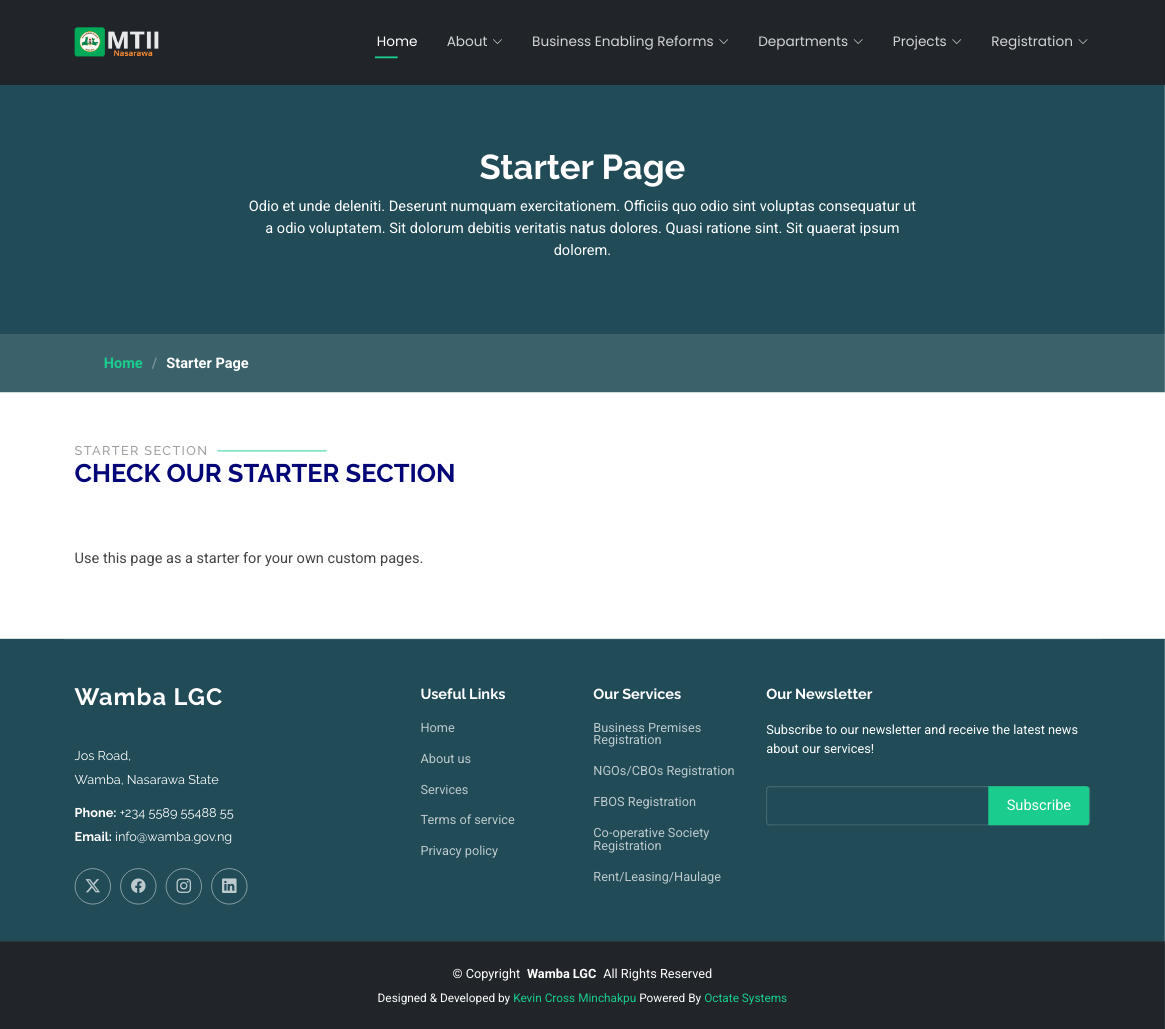
Repository: GlorifiedIntel/wamba-lgc
Page: template.html
These files come from the project's save history. The page is drawn as it stood at one moment and after the next save; the edit follows.
The browser window is 1280 px wide. The pictures show the whole page, at 91% of full size.

Above is the page before, as saved 2025-02-06 02:17:28.
Console error: TypeError: Cannot read properties of null (reading 'click')

### template.html
<!DOCTYPE html>
<html lang="en">

<head>
  <meta charset="utf-8">
  <meta http-equiv="X-UA-Compatible" content="IE=edge">
  <meta name="viewport" content="width=device-width, initial-scale=1.0">
  <meta name="format-detection" content="telephone=no">
  <meta name="apple-mobile-web-app-capable" content="yes">
  <meta name="author" content="Kevin Cross Minchakpu">
  <meta name="keywords" content="MTII, Nasarawa, Industry, Trade, Investment, Entrepreneur">
  <meta name="description" content="The Nasarawa State Ministry of Trade, Industry, and Investment promotes economic growth through trade, industrialization, and investment. It supports local industries, attracts investments, and fosters innovation to boost competitiveness and diversify the economy.">

  <!-- Favicons -->
  <link href="assets/img/favicon.png" rel="icon">
  <link href="assets/img/apple-touch-icon.png" rel="apple-touch-icon">

  <!-- Fonts -->
  <link href="https://fonts.googleapis.com" rel="preconnect">
  <link href="https://fonts.gstatic.com" rel="preconnect" crossorigin>
  <link href="https://fonts.googleapis.com/css2?family=Roboto:ital,wght@0,100;0,300;0,400;0,500;0,700;0,900;1,100;1,300;1,400;1,500;1,700;1,900&family=Poppins:ital,wght@0,100;0,200;0,300;0,400;0,500;0,600;0,700;0,800;0,900;1,100;1,200;1,300;1,400;1,500;1,600;1,700;1,800;1,900&family=Raleway:ital,wght@0,100;0,200;0,300;0,400;0,500;0,600;0,700;0,800;0,900;1,100;1,200;1,300;1,400;1,500;1,600;1,700;1,800;1,900&display=swap" rel="stylesheet">

  <!-- Vendor CSS Files -->
  <link href="assets/vendor/bootstrap/css/bootstrap.min.css" rel="stylesheet">
  <link href="assets/vendor/bootstrap-icons/bootstrap-icons.css" rel="stylesheet">
  <link href="assets/vendor/aos/aos.css" rel="stylesheet">
  <link href="assets/vendor/glightbox/css/glightbox.min.css" rel="stylesheet">
  <link href="assets/vendor/swiper/swiper-bundle.min.css" rel="stylesheet">

  <!-- Main CSS File -->
  <link href="assets/css/main.css" rel="stylesheet">
</head>

<body class="index-page">
  <header id="header" class="header d-flex align-items-center fixed-top bg-dark">
    <div class="container-fluid container-xl position-relative d-flex align-items-center justify-content-between">
      <a href="index.html" class="logo d-flex align-items-center">
        <img src="assets/img/logo.png" alt="" >
      </a>
      <nav id="navmenu" class="navmenu">
        <ul>
          <li><a href="index.html" class="active">Home</a></li>
          <li class="dropdown"><a href="about-mtii.html"><span>About</span> <i class="bi bi-chevron-down toggle-dropdown"></i></a>
            <ul>
              <li><a href="about-mtii.html">Nasarawa MTII</a></li>
                  <li><a href="mtii-history.html">MTII History</a></li>
                  <li><a href="the-commissioner.html" >The Commissioner</a></li>
                  <li><a href="the-secretary.html" >The Permanent Secretary</a></li>
                  <li><a href="directors.html" >Our Directors</a></li>
                  <li><a href="contact-us.html" >Our Contact</a></li>
            </ul>
          </li>

          <li class="dropdown"><a href="business-reforms.html"><span>Business Enabling Reforms</span> <i class="bi bi-chevron-down toggle-dropdown"></i></a>
            <ul>
              <li><a href="business-plans.html">Business Enabling Action Plan</a></li>
                  <li><a href="grievance.html">Grievance Redress Mechanism</a></li>
                  <li><a href="application-guidelines.html" >Application Guidelines</a></li>
                  <li><a href="legal-framework.html" >Legal Framework</a></li>
                  <li><a href="investment-opportunities.html" >Investment Opportunities</a></li>
            </ul>
          </li>

          <li class="dropdown"><a href="departments.html"><span>Departments</span> <i class="bi bi-chevron-down toggle-dropdown"></i></a>
            <ul>
              <li><a href="admin.html">Administration & Supply</a></li>
              <li><a href="cooperative.html">Cooperative & Thrift</a></li>
              <li><a href="finance.html">Finance & Account</a></li>
              <li><a href="investment.html">Industry & Investment</a></li>
              <li><a href="planning.html">Planning/Research/Statistics</a></li>
              <li><a href="trade.html">Trade</a></li>
            </ul>
          </li>

          <li class="dropdown"><a href="projects.html"><span>Projects</span> <i class="bi bi-chevron-down toggle-dropdown"></i></a>
            <ul>
              <li><a href="completed.html">Completed Projects</a></li>
                  <li><a href="ongoing.html">Ongoing Projects</a></li>
                  <li><a href="proposed.html" >Proposed Projects</a></li>
            </ul>
          </li>

          <li class="dropdown"><a href="registration.html"><span>Registration</span> <i class="bi bi-chevron-down toggle-dropdown"></i></a>
            <ul>
              <li><a href="howtoregister.html">How To Register</a></li>
                  <li><a href="online-registration.html">Online Registration</a></li>
                  <li><a href="businame-name.html" >Business Name Registration</a></li>
                  <li><a href="business-premises.html" >Business Premises Registration</a></li>
                  <li><a href="faqs.html" >FAQs</a></li>
            </ul>
          </li>
        </ul>
        <i class="mobile-nav-toggle d-xl-none bi bi-list"></i>
      </nav>

    </div>
  </header>

  <main class="main">

    <!-- Page Title -->
    <div class="page-title dark-background" data-aos="fade">
      <div class="heading">
        <div class="container">
          <div class="row d-flex justify-content-center text-center">
            <div class="col-lg-8">
              <h1>Starter Page</h1>
              <p class="mb-0">Odio et unde deleniti. Deserunt numquam exercitationem. Officiis quo odio sint voluptas consequatur ut a odio voluptatem. Sit dolorum debitis veritatis natus dolores. Quasi ratione sint. Sit quaerat ipsum dolorem.</p>
            </div>
          </div>
        </div>
      </div>
      <nav class="breadcrumbs">
        <div class="container">
          <ol>
            <li><a href="index.html">Home</a></li>
            <li class="current">Starter Page</li>
          </ol>
        </div>
      </nav>
    </div><!-- End Page Title -->

    <!-- Starter Section Section -->
    <section id="starter-section" class="starter-section section">

      <!-- Section Title -->
      <div class="container section-title" data-aos="fade-up">
        <h2>Starter Section</h2>
        <div><span>Check Our</span> <span class="description-title">Starter Section</span></div>
      </div><!-- End Section Title -->

      <div class="container" data-aos="fade-up">
        <p>Use this page as a starter for your own custom pages.</p>
      </div>

    </section><!-- /Starter Section Section -->

  </main>
  <!--Main End-->

<!--Footer Start-->
<footer id="footer" class="footer dark-background">

  <div class="container footer-top">
    <div class="row gy-4">
      <div class="col-lg-4 col-md-6 footer-about">
        <a href="index.html" class="logo d-flex align-items-center">
          <span class="sitename">Wamba LGC</span>
        </a>
        <div class="footer-contact pt-3">
         <p>Jos Road,</p>
          <p>Wamba, Nasarawa State </p>
          <p class="mt-3"><strong>Phone:</strong> <span>+234 5589 55488 55</span></p>
          <p><strong>Email:</strong> <span>info@wamba.gov.ng</span></p>
        </div>
        <div class="social-links d-flex mt-4">
          <a href="" title="Twitter"><i class="bi bi-twitter-x"></i></a>
          <a href="" title="Facebook"><i class="bi bi-facebook"></i></a>
          <a href="" title="Instagram"><i class="bi bi-instagram"></i></a>
          <a href="" title="LinkedIn"><i class="bi bi-linkedin"></i></a>
        </div>
      </div>

      <div class="col-lg-2 col-md-3 footer-links">
        <h4>Useful Links</h4>
        <ul>
          <li><a href="index.html">Home</a></li>
          <li><a href="about-mtii.html">About us</a></li>
          <li><a href="services.html">Services</a></li>
          <li><a href="terms-of-use.html">Terms of service</a></li>
          <li><a href="privacy-policy.html">Privacy policy</a></li>
        </ul>
      </div>

      <div class="col-lg-2 col-md-3 footer-links">
        <h4>Our Services</h4>
        <ul>
          <li><a href="business-premises.html">Business Premises Registration</a></li>
          <li><a href="ngo-cbo-registration.html">NGOs/CBOs Registration</a></li>
          <li><a href="fbo-registration.html">FBOS Registration</a></li>
          <li><a href="cooperative-registration.html">Co-operative Society Registration</a></li>
          <li><a href="rent.html">Rent/Leasing/Haulage</a></li>
        </ul>
      </div>

      <div class="col-lg-4 col-md-12 footer-newsletter">
        <h4>Our Newsletter</h4>
        <p>Subscribe to our newsletter and receive the latest news about our services!</p>
        <form action="forms/newsletter.php" method="post" class="php-email-form">
          <div class="newsletter-form"><input type="email" name="email"><input type="submit" value="Subscribe"></div>
          <div class="loading">Loading</div>
          <div class="error-message"></div>
          <div class="sent-message">Your subscription request has been sent. Thank you!</div>
        </form>
      </div>

    </div>
  </div>

  <div class="container-fluid copyright text-center mt-4 bg-dark">
    <p>© <span>Copyright</span> <strong class="px-1 sitename">Wamba LGC</strong> <span>All Rights Reserved</span></p>
    <div class="credits">
      Designed & Developed by <a href="https://kevinomics.com/">Kevin Cross Minchakpu</a> Powered By <a href="https://octatesystems.com">Octate Systems</a>
    </div>
  </div>

</footer>

<!-- Scroll Top -->

<button id="scroll-top" class="scroll-top d-flex bg-dark align-items-center justify-content-center" title="Scroll to top"><i class="bi bi-arrow-up-short"></i></button>
<!-- Preloader -->
<div id="preloader"></div>

<!-- Vendor JS Files -->
<script src="assets/vendor/bootstrap/js/bootstrap.bundle.min.js"></script>
<script src="assets/vendor/php-email-form/validate.js"></script>
<script src="assets/vendor/aos/aos.js"></script>
<script src="assets/vendor/glightbox/js/glightbox.min.js"></script>
<script src="assets/vendor/purecounter/purecounter_vanilla.js"></script>
<script src="assets/vendor/swiper/swiper-bundle.min.js"></script>

<!-- Main JS File -->
<script src="assets/js/main.js"></script>
<script src="assets/js/reforms.js"></script>

</body>

</html>

Loaded but not shown: assets/vendor/bootstrap/css/bootstrap.min.css (library); assets/vendor/bootstrap-icons/bootstrap-icons.css (library); assets/vendor/aos/aos.css (library); assets/vendor/glightbox/css/glightbox.min.css (library); assets/vendor/swiper/swiper-bundle.min.css (library); assets/vendor/bootstrap/js/bootstrap.bundle.min.js (library); assets/vendor/php-email-form/validate.js (common file); assets/vendor/aos/aos.js (library); assets/vendor/glightbox/js/glightbox.min.js (library); assets/vendor/purecounter/purecounter_vanilla.js (library); assets/vendor/swiper/swiper-bundle.min.js (library); assets/js/main.js (181 lines, source omitted); assets/js/reforms.js (43 lines, source omitted); assets/css/main.css (1741 lines, source omitted)

After the next save:
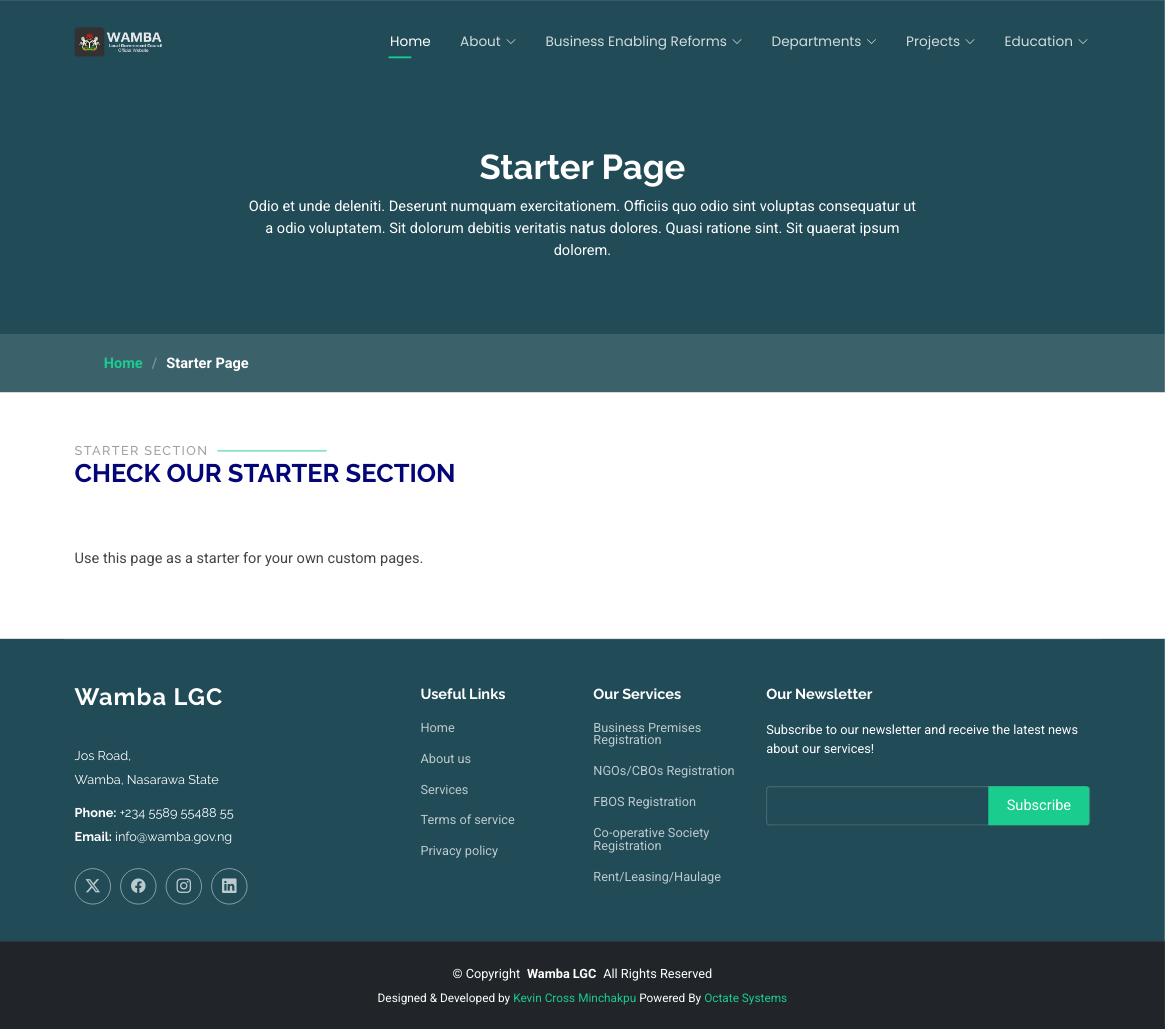
Saved 23 s later.
--- a/template.html
+++ b/template.html
@@ -8,8 +8,9 @@
   <meta name="format-detection" content="telephone=no">
   <meta name="apple-mobile-web-app-capable" content="yes">
   <meta name="author" content="Kevin Cross Minchakpu">
-  <meta name="keywords" content="MTII, Nasarawa, Industry, Trade, Investment, Entrepreneur">
-  <meta name="description" content="The Nasarawa State Ministry of Trade, Industry, and Investment promotes economic growth through trade, industrialization, and investment. It supports local industries, attracts investments, and fosters innovation to boost competitiveness and diversify the economy.">
+  <meta name="keywords" content="Wamba, Nasarawa, Industry, Trade, Investment, Entrepreneur">
+  <meta name="description" content="Wamba Local Government Council is one of the administrative divisions within Nasarawa State, Nigeria. It is located in the northern part of the state and is predominantly inhabited by diverse ethnic groups, including Rindre, and other indigenous communities.Wamba Local Government Council is one of the administrative divisions within Nasarawa State, Nigeria. It is located in the northern part of the state and is predominantly inhabited by diverse ethnic groups, including Rindre, and other indigenous communities.">
+  <title>Wamba Local Government Council</title>
 
   <!-- Favicons -->
   <link href="assets/img/favicon.png" rel="icon">
@@ -32,44 +33,46 @@
 </head>
 
 <body class="index-page">
-  <header id="header" class="header d-flex align-items-center fixed-top bg-dark">
+  <header id="header" class="header d-flex align-items-center fixed-top dark-background">
     <div class="container-fluid container-xl position-relative d-flex align-items-center justify-content-between">
       <a href="index.html" class="logo d-flex align-items-center">
-        <img src="assets/img/logo.png" alt="" >
+        <img src="assets/img/wamba-logo.png" alt="Wamba Logo" >
       </a>
       <nav id="navmenu" class="navmenu">
         <ul>
           <li><a href="index.html" class="active">Home</a></li>
           <li class="dropdown"><a href="about-mtii.html"><span>About</span> <i class="bi bi-chevron-down toggle-dropdown"></i></a>
             <ul>
-              <li><a href="about-mtii.html">Nasarawa MTII</a></li>
-                  <li><a href="mtii-history.html">MTII History</a></li>
-                  <li><a href="the-commissioner.html" >The Commissioner</a></li>
-                  <li><a href="the-secretary.html" >The Permanent Secretary</a></li>
-                  <li><a href="directors.html" >Our Directors</a></li>
+              <li><a href="about-wamba.html">Wamba LGC</a></li>
+                  <li><a href="wamba-history.html">Wamba History</a></li>
+                  <li><a href="the-chairman.html" >The Executive Chairman</a></li>
+                  <li><a href="the-deputy.html" >The Deputy Chairman</a></li>
+                  <li><a href="the-secretary.html" >The Secretary</a></li>
+                  <li><a href="directors.html" >Our Legislators</a></li>
                   <li><a href="contact-us.html" >Our Contact</a></li>
             </ul>
           </li>
 
-          <li class="dropdown"><a href="business-reforms.html"><span>Business Enabling Reforms</span> <i class="bi bi-chevron-down toggle-dropdown"></i></a>
+          <li class="dropdown"><a href="#"><span>Business Enabling Reforms</span> <i class="bi bi-chevron-down toggle-dropdown"></i></a>
             <ul>
               <li><a href="business-plans.html">Business Enabling Action Plan</a></li>
                   <li><a href="grievance.html">Grievance Redress Mechanism</a></li>
                   <li><a href="application-guidelines.html" >Application Guidelines</a></li>
                   <li><a href="legal-framework.html" >Legal Framework</a></li>
                   <li><a href="investment-opportunities.html" >Investment Opportunities</a></li>
-            </ul>
+              </ul>
           </li>
 
           <li class="dropdown"><a href="departments.html"><span>Departments</span> <i class="bi bi-chevron-down toggle-dropdown"></i></a>
             <ul>
-              <li><a href="admin.html">Administration & Supply</a></li>
-              <li><a href="cooperative.html">Cooperative & Thrift</a></li>
-              <li><a href="finance.html">Finance & Account</a></li>
-              <li><a href="investment.html">Industry & Investment</a></li>
-              <li><a href="planning.html">Planning/Research/Statistics</a></li>
-              <li><a href="trade.html">Trade</a></li>
-            </ul>
+              <li><a href="admin.html">Administration</a></li>
+              <li><a href="agriculture.html">Agriculture and Natural Resources</a></li>
+              <li><a href="education.html">Education</a></li>
+              <li><a href="environment.html">Environmental Services</a></li>
+              <li><a href="finance.html">Finance and Accounts</a></li>
+              <li><a href="health.html">Health</a></li>
+              <li><a href="all-departments.html">More Departments</a></li>
+             </ul>
           </li>
 
           <li class="dropdown"><a href="projects.html"><span>Projects</span> <i class="bi bi-chevron-down toggle-dropdown"></i></a>
@@ -80,12 +83,12 @@
             </ul>
           </li>
 
-          <li class="dropdown"><a href="registration.html"><span>Registration</span> <i class="bi bi-chevron-down toggle-dropdown"></i></a>
-            <ul>
-              <li><a href="howtoregister.html">How To Register</a></li>
-                  <li><a href="online-registration.html">Online Registration</a></li>
-                  <li><a href="businame-name.html" >Business Name Registration</a></li>
-                  <li><a href="business-premises.html" >Business Premises Registration</a></li>
+          <li class="dropdown"><a href="registration.html"><span>Education</span> <i class="bi bi-chevron-down toggle-dropdown"></i></a>
+            <ul>
+              <li><a href="ubec.html">UBEC</a></li>
+                  <li><a href="secondary-schools.html">Secondary Schools</a></li>
+                  <li><a href="private-schools.html" >Private Schools</a></li>
+                  <li><a href="relevant-tech.html" >Relevant Technology</a></li>
                   <li><a href="faqs.html" >FAQs</a></li>
             </ul>
           </li>
